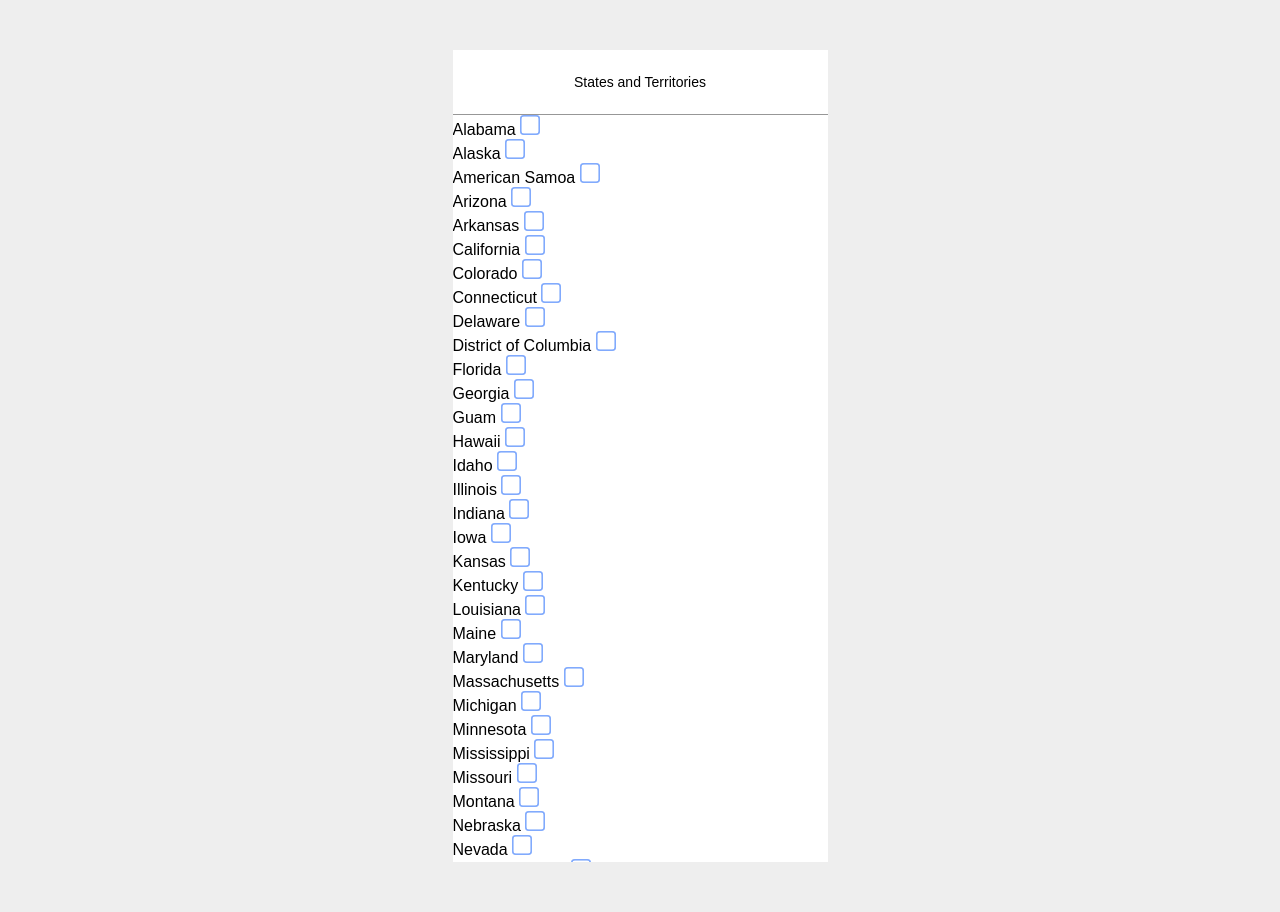
Repository: zitac234/codingTest
Page: /
These files come from the project's save history. The page is drawn as it stood at one moment and after a run of saves; the edit follows.
The browser window is 1280 px wide. The pictures show the whole page.
The project was rebuilt for these pictures with package versions that can differ from the ones it lists, and the page was loaded fresh each time.

Above is the page before, as saved 2021-03-31 15:04:13.

### src/index.css
body {
  margin: 0;
  font-family: 'Arial', sans-serif;
  -webkit-font-smoothing: antialiased;
  -moz-osx-font-smoothing: grayscale;
  background-color: #eee;
}

### src/Header.js
import "./Header.css";

export function Header() {
  return (
    <header className="header">
      <span className="title">States and Territories</span>
    </header>
  );
}

### src/List.js
import { Fragment } from "react";
// import Card from '@material-ui/core/Card'
// import CardContent from '@material-ui/core/CardContent';
import { Checkbox } from "./Checkbox";
// import { makeStyles } from '@material-ui/core/styles';
import "./List.css";
// const useStyles = makeStyles({
//   root: {
//     minWidth: 275,
//   },
// })
export function List(props) {
  return (
    <div className="list">
      {props.items.map((item) => (
        <Fragment key={item}>
          <div className='state'>
          {item} <Checkbox/><br />
          {/* You also have <Checkbox selected={false} /> */}
          </div>
          </Fragment>
      ))}
    </div>
  );
}

### src/_data.js
export const data = [
  "Alabama",
  "Alaska",
  "American Samoa",
  "Arizona",
  "Arkansas",
  "California",
  "Colorado",
  "Connecticut",
  "Delaware",
  "District of Columbia",
  "Florida",
  "Georgia",
  "Guam",
  "Hawaii",
  "Idaho",
  "Illinois",
  "Indiana",
  "Iowa",
  "Kansas",
  "Kentucky",
  "Louisiana",
  "Maine",
  "Maryland",
  "Massachusetts",
  "Michigan",
  "Minnesota",
  "Mississippi",
  "Missouri",
  "Montana",
  "Nebraska",
  "Nevada",
  "New Hampshire",
  "New Jersey",
  "New Mexico",
  "New York",
  "North Carolina",
  "North Dakota",
  "Northern Mariana Islands",
  "Ohio",
  "Oklahoma",
  "Oregon",
  "Pennsylvania",
  "Puerto Rico",
  "Rhode Island",
  "South Carolina",
  "South Dakota",
  "Tennessee",
  "Texas",
  "Utah",
  "Vermont",
  "Virgin Islands",
  "Virginia",
  "Washington",
  "West Virginia",
  "Wisconsin",
  "Wyoming"
]

### src/Header.css
.header {
  width: 100%;
  font-size: 14px;
  display: flex;
  border-bottom: 1px solid #979797;
}

.title {
  line-height: 24px;
  margin: 20px auto;
}

### src/Checkbox.js
import selected from "./Checkbox-Filled.svg";
import unselected from "./Checkbox-Empty.svg";

export function Checkbox(props) {
  return (
    <img
      width={20}
      height={20}
      src={props.selected ? selected : unselected}
      alt={`Checkbox ${selected ? "selected" : "unselected"}`}
    />
  );
}

### src/List.css
.list {
  flex: 1;
  overflow: auto;
}
.state{
  bo
}

Loaded but not shown: public/index.html (common file); src/index.js (common file); src/App.js (common file); src/App.css (common file)

After the next 2 saves:
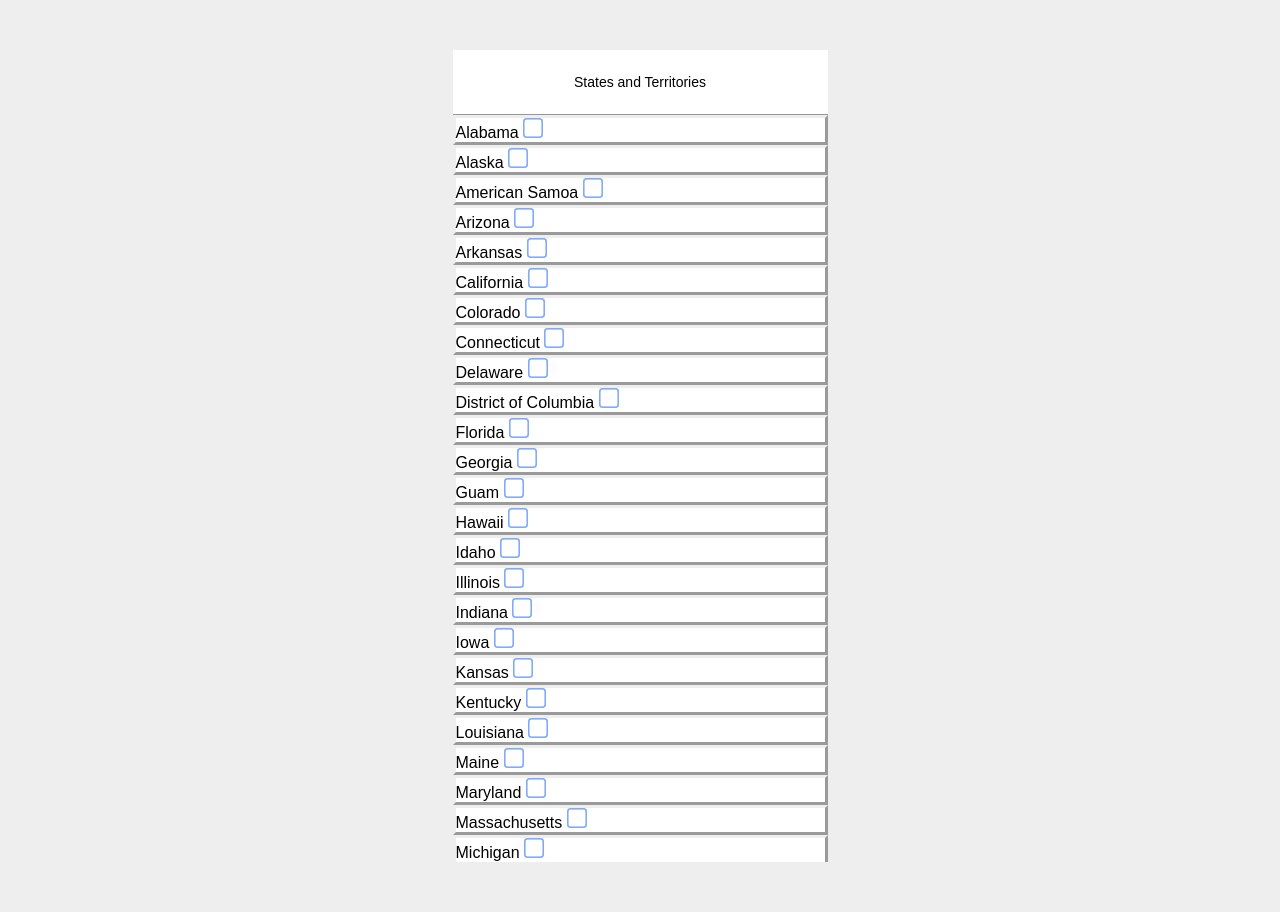
The 2 saves are shown as one change because they came seconds apart.
The last was saved 8 s later.
--- a/src/List.css
+++ b/src/List.css
@@ -3,5 +3,5 @@
   overflow: auto;
 }
 .state{
-  bo
+  border-style: outset;
 }

After the 2 saves that followed:
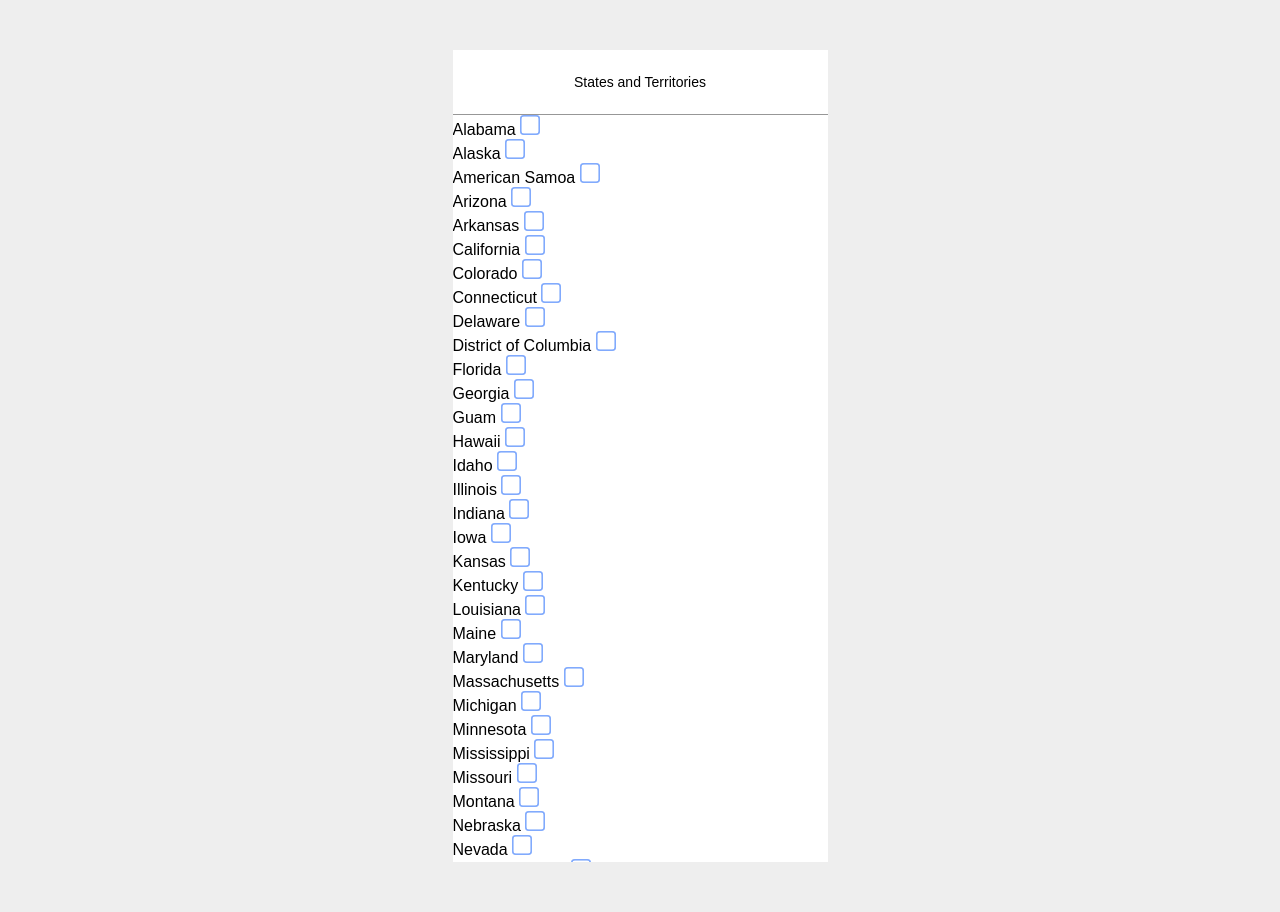
The 2 saves are shown as one change because they came seconds apart.
The last was saved 78 s later.
--- a/src/List.css
+++ b/src/List.css
@@ -3,5 +3,5 @@
   overflow: auto;
 }
 .state{
-  border-style: outset;
+  height: ;
 }
